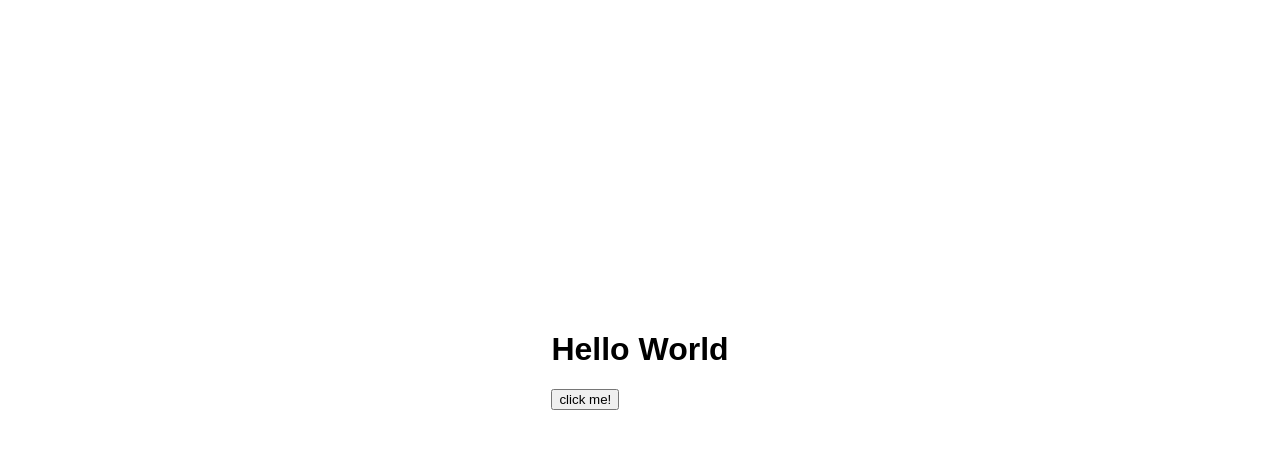
Repository: MarwaJacob/kaproject
Page: index.html
The author's editor kept a copy of each file at every save. The page is drawn from the files as they stood at one save, then again after the next save.
The browser window is 1280 px wide. The pictures show the whole page.

Above is the page before, as saved 2025-10-22 22:09:32.

After the next save:
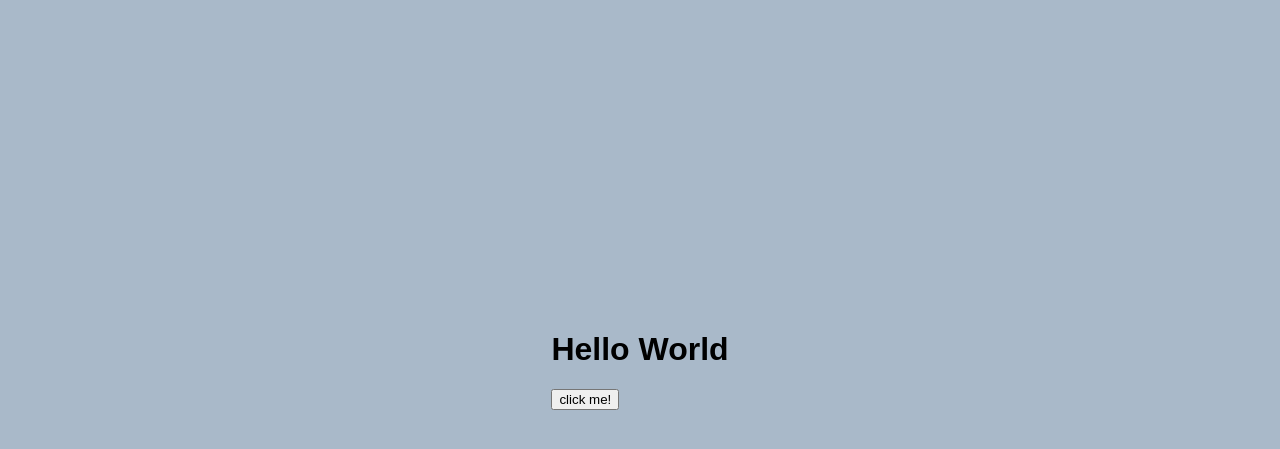
Saved 95 s later.
--- a/style.css
+++ b/style.css
@@ -6,4 +6,5 @@
     height: 100vh;
     align-items: center;
     display: flex;
+    background-color: #a9b9c9;
 }
